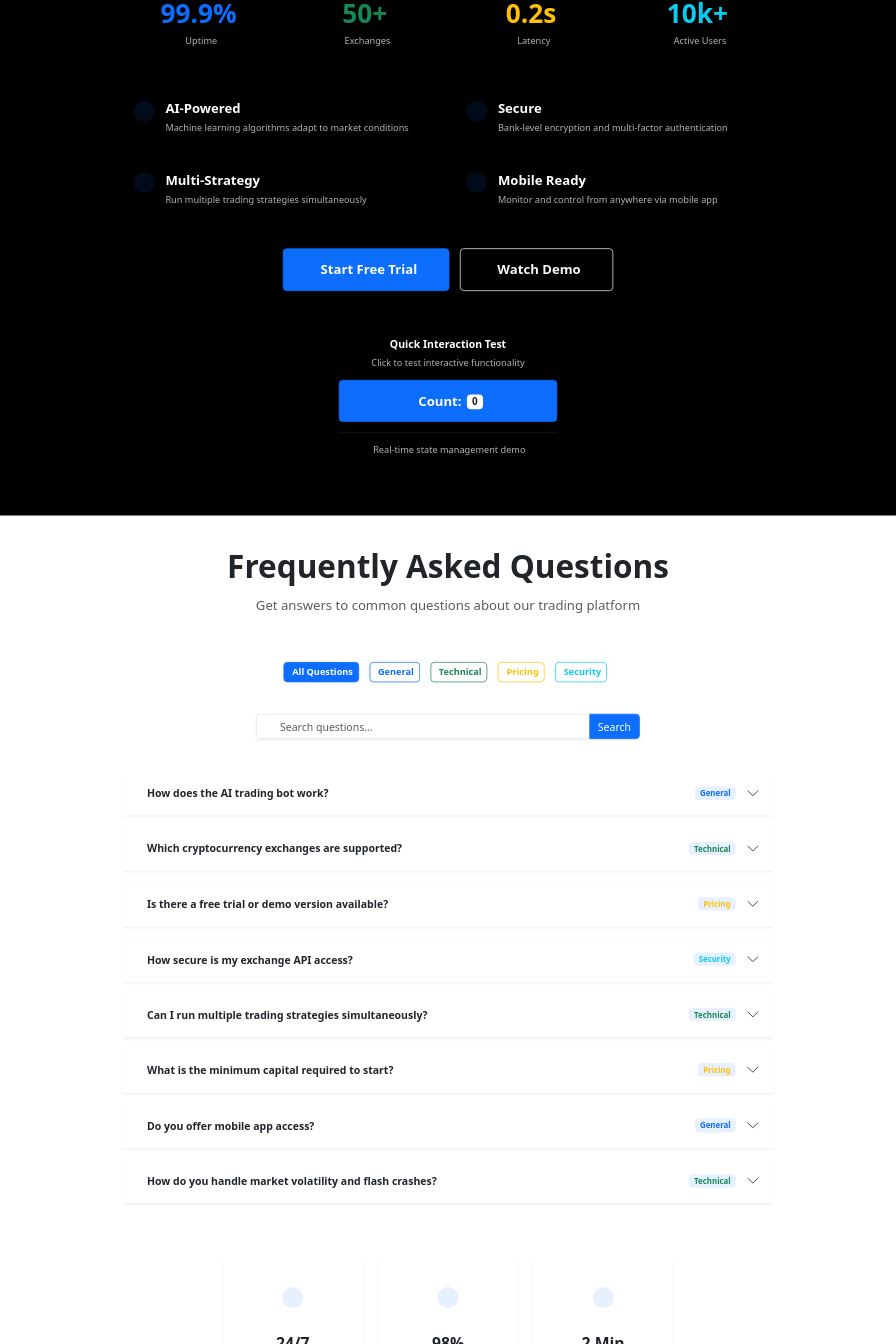
Repository: Kevin-Pro-Codes/halo-trading
Page: /
The author's editor kept a copy of each file at every save. The page is drawn from the files as they stood at one save, then again after the next save.
The browser window is 1280 px wide. The pictures show the part of the page from y = 404 to 2324 px (the page is 19535 px tall), at 70% of full size.
The page's requests for data from a server got no answer. The project was rebuilt for these pictures with package versions that can differ from the ones it lists, and the page was loaded fresh each time. Some packages were replaced by stand-ins written for this rebuild. No one was signed in, and anything a server would have sent is missing. Also part of the build but not shown: vite.config.js, src/styles/DocStyle.css, src/styles/PricingStyle.css.

Above is the page before, as saved 2025-12-09 18:51:48.

After the next save:
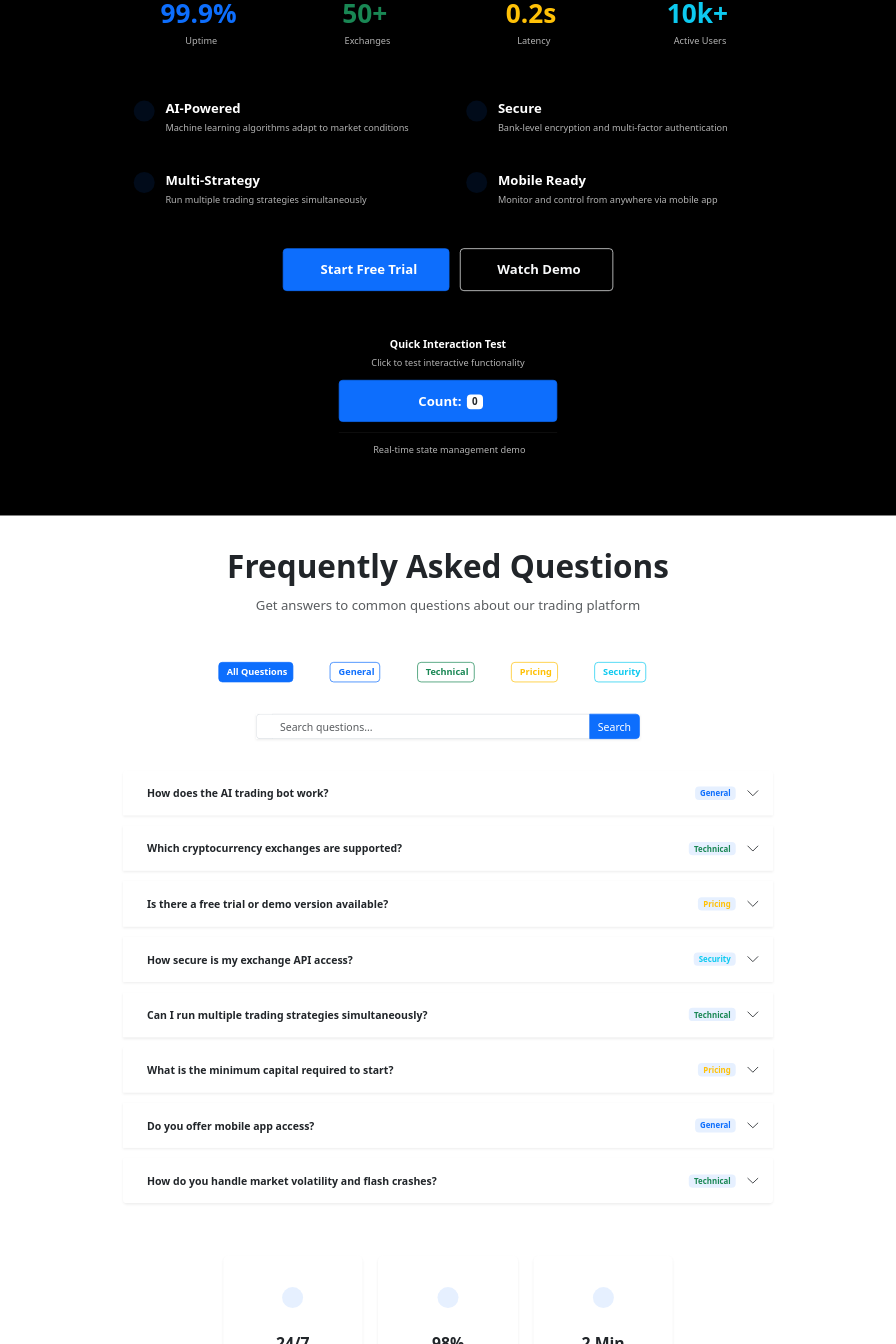
Saved 5 s later.
--- a/src/components/FaqSection.jsx
+++ b/src/components/FaqSection.jsx
@@ -83,7 +83,7 @@ const FaqSection = () => {
               <button
   key={category.id}
   onClick={() => setSelectedCategory(category.id)}
-  className={`btn btn-sm px-2 py-1 fw-bold me-2 ${selectedCategory === category.id ? `btn-${category.variant}` : `btn-outline-${category.variant}`}`}
+  className={`btn btn-sm px-2 py-1 fw-bold me-5 ${selectedCategory === category.id ? `btn-${category.variant}` : `btn-outline-${category.variant}`}`}
 >
   <i className={`bi ${category.icon}`}></i>
   <span className="ms-1">{category.name}</span>
